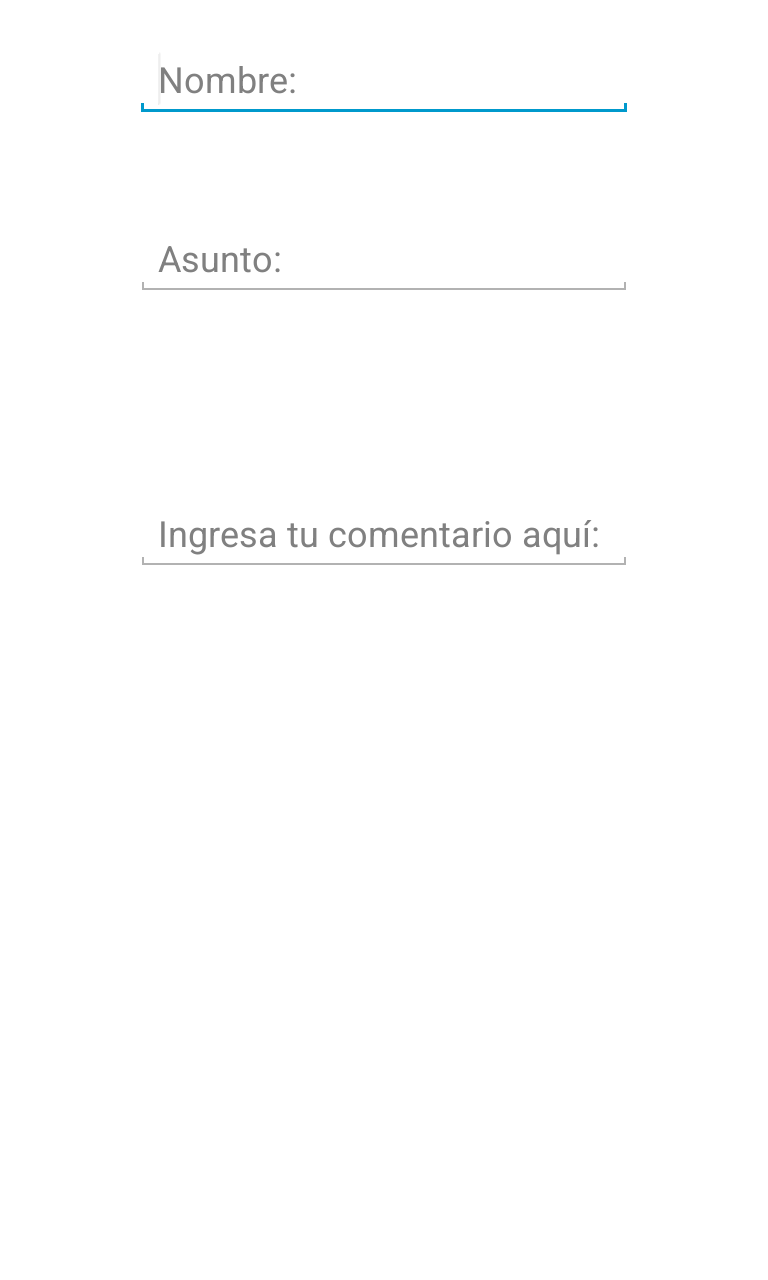
Repository: armandobs94/Dental.App
Layout: AplicacionMovil/DentalApp/Dental.App/res/layout/layout_contacto.xml
An editor plug-in stored every save of this project. The layout is shown before and after the next save, followed by the edit.
It is drawn on a 768 x 1280 px phone screen (xhdpi) without system bars, with theme AppTheme; the app's code is not run.

Above is the layout before, as saved 2015-06-13 03:38:38.

After the next save:
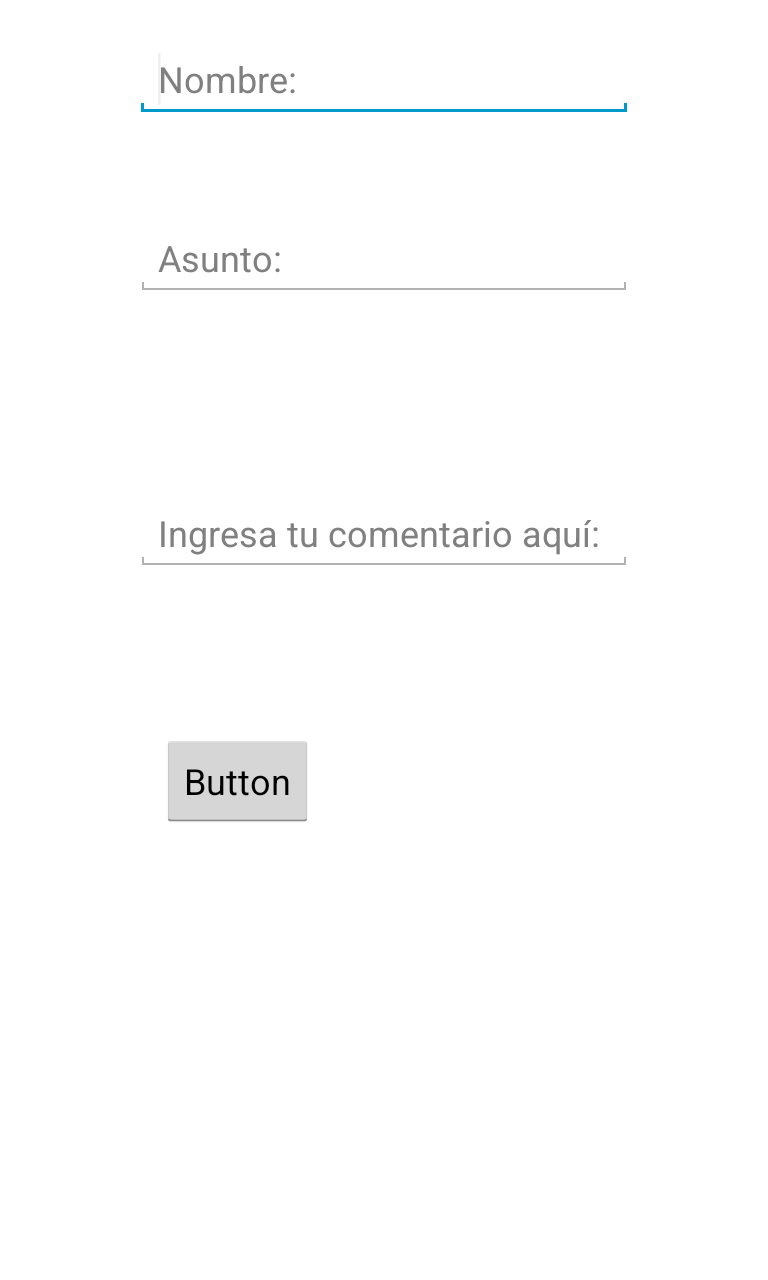
Saved 4 min 10 s later.
--- a/AplicacionMovil/DentalApp/Dental.App/res/layout/layout_contacto.xml
+++ b/AplicacionMovil/DentalApp/Dental.App/res/layout/layout_contacto.xml
@@ -49,6 +49,13 @@
                 android:inputType="textMultiLine"
                 android:paddingTop="80dp" />
 
+            <Button
+                android:id="@+id/button1"
+                android:layout_margin="80dp"
+                android:layout_width="wrap_content"
+                android:layout_height="wrap_content"
+                android:text="Button" />
+
         </LinearLayout>
     </ScrollView>
 
